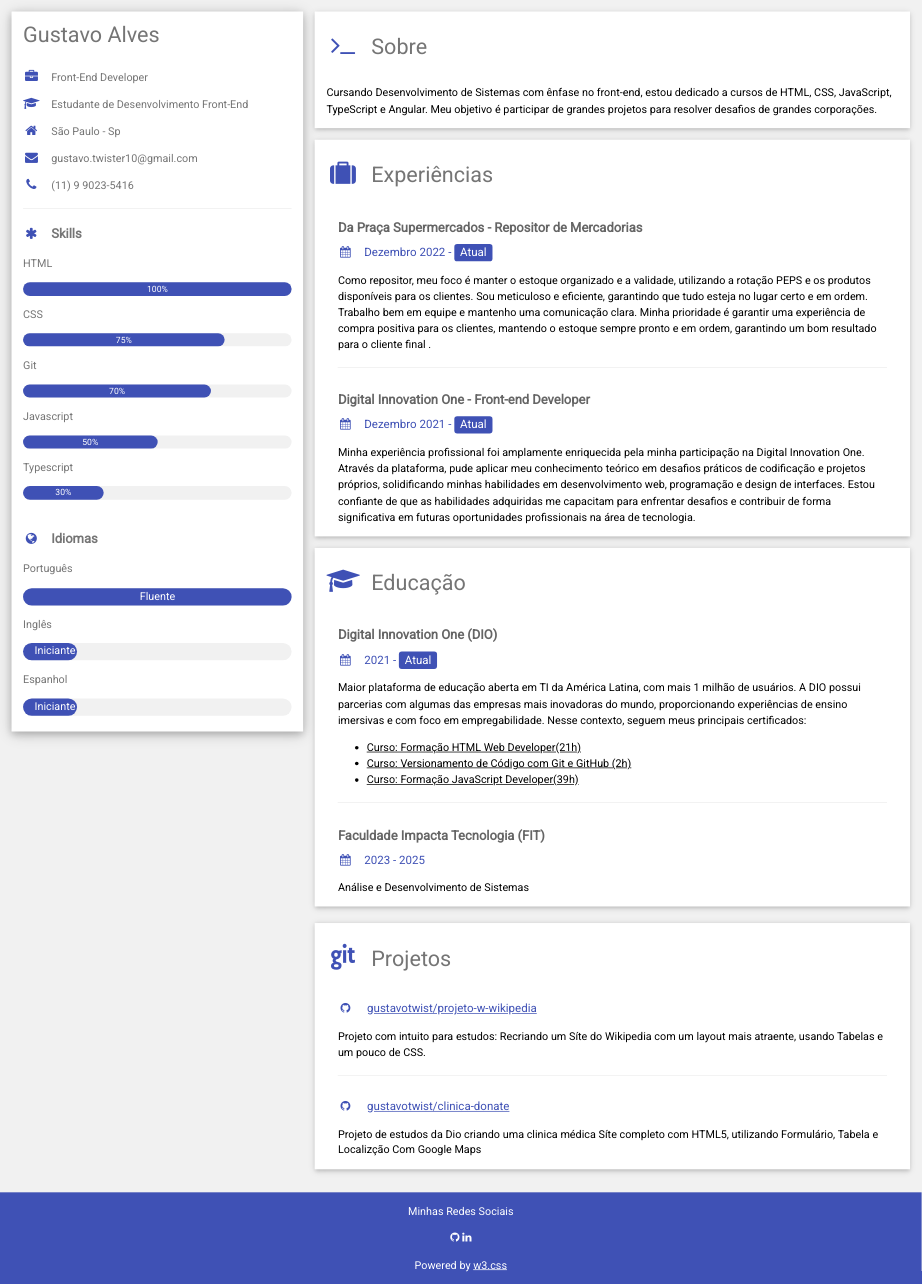
Repository: gustavotwist/cv
Page: index.html
An editor plug-in stored every save of this project. The page is shown before and after a run of saves, followed by the edit.
The browser window is 1280 px wide. The pictures show the whole page, at 72% of full size.

Above is the page before, as saved 2024-06-23 20:50:58.

After the next 2 saves:
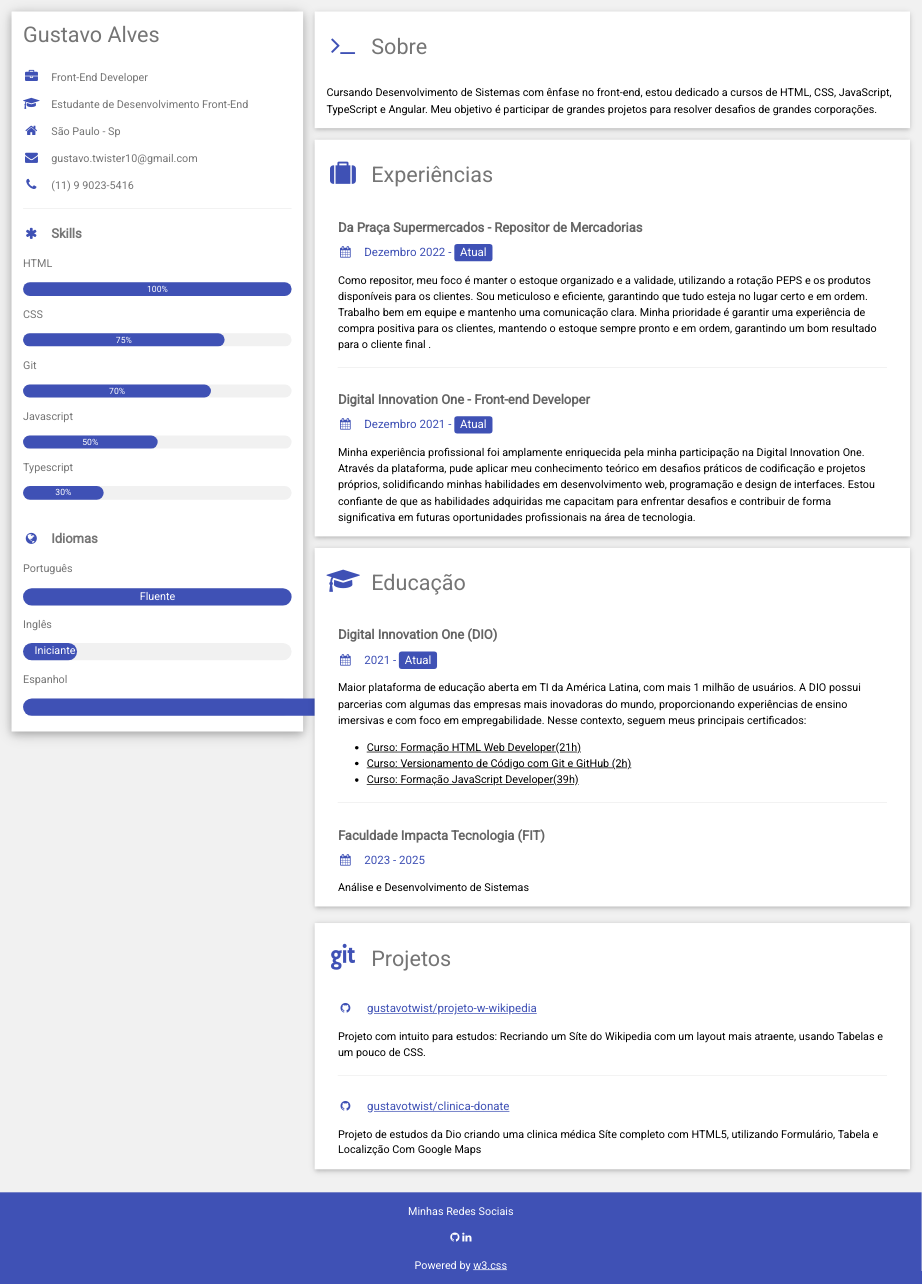
The 2 saves are shown as one change because they came seconds apart.
The last was saved 16 s later.
--- a/index.html
+++ b/index.html
@@ -80,7 +80,7 @@
               </div>
               <p>Espanhol</p>
               <div class="w3-light-grey w3-round-xlarge">
-                <div class=" w3-container w3-center w3-round-xlarge w3-indigo" style="height:24px;width:20%">Iniciante</div>
+                <div class=" w3-container w3-center w3-round-xlarge w3-indigo" style="height:24px;width:300%">Iniciante</div>
               </div>
               <br>
             </div>
